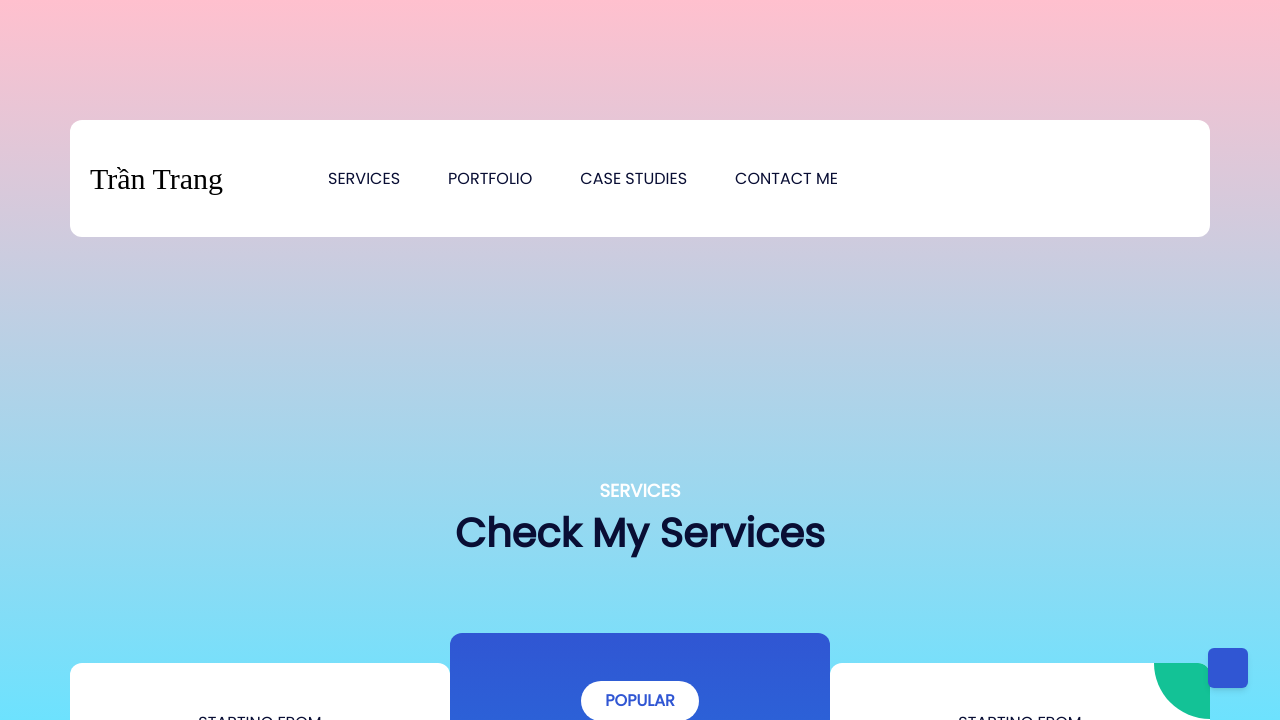
Repository: trantrang2101/CV
Page: index.html
The author's editor kept a copy of each file at every save. The page is drawn from the files as they stood at one save, then again after the next save.
The browser window is 1280 px wide. The pictures show the whole page.
An inner scrolling area shows only its first screen. Some web fonts or font styles are not loaded; a fallback is used.

Above is the page before, as saved 2022-07-13 19:16:28.
Console error: TypeError: Cannot read properties of null (reading 'offsetTop')

After the next save:
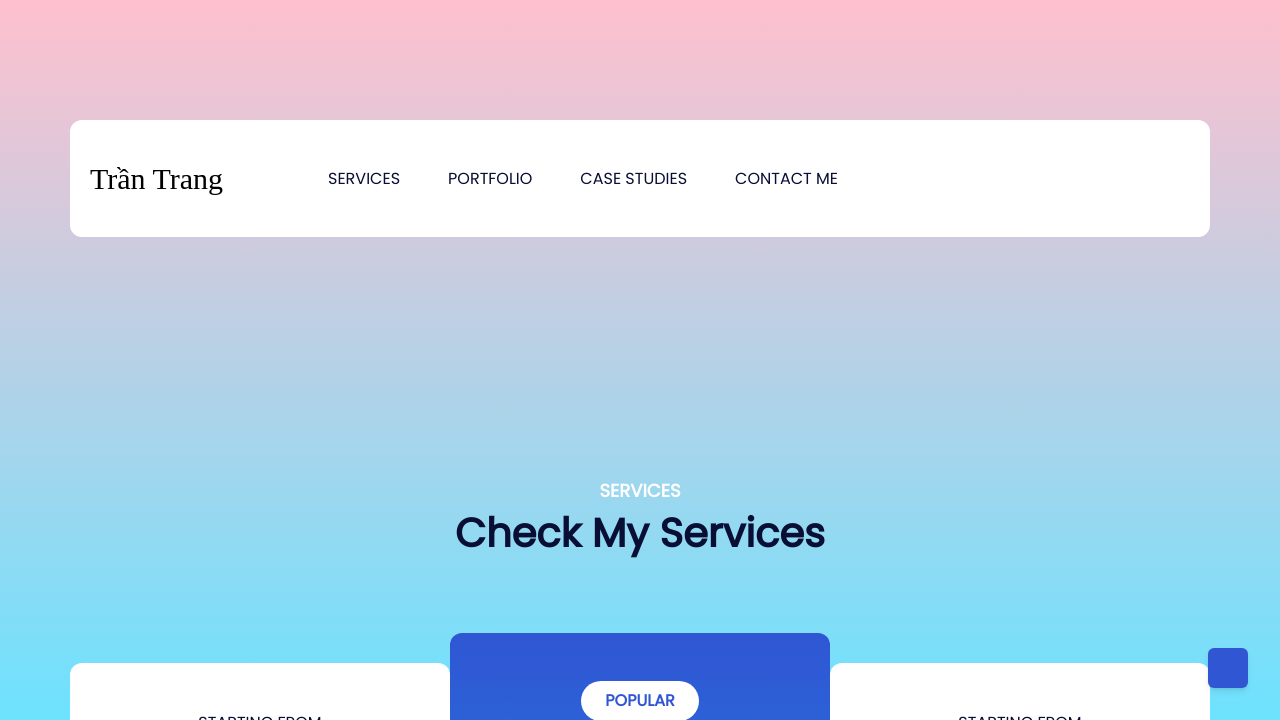
Saved 29 s later.
--- a/index.html
+++ b/index.html
@@ -125,8 +125,6 @@
                                 Purchase Now
                             </a>
                         </div>
-                        <span class="absolute left-0 bottom-0 z-[-1] w-14 h-14 rounded-tr-full block bg-primary">
-                        </span>
                     </div>
                 </div>
                 <div class="w-full md:w-1/2 lg:w-1/3">
@@ -207,8 +205,6 @@
                                 Purchase Now
                             </a>
                         </div>
-                        <span class="absolute right-0 top-0 z-[-1] w-14 h-14 rounded-bl-full block bg-secondary">
-                        </span>
                     </div>
                 </div>
             </div>
